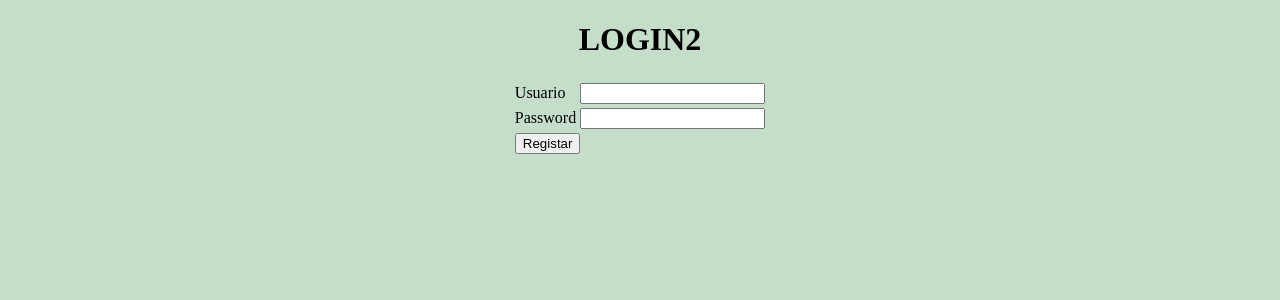
Repository: DaviOsx/LPII_CL2_CHERO_DAVIS
Page: http://localhost/LPII_CL2_CHERO_DAVIS/
An editor plug-in stored every save of this project. The page is shown before and after the next save, followed by the edit.
The browser window is 1280 px wide. The pictures show the whole page.
The page is served by Tomcat 9.

Above is the page before, as saved 2024-06-21 03:48:43.

After the next save:
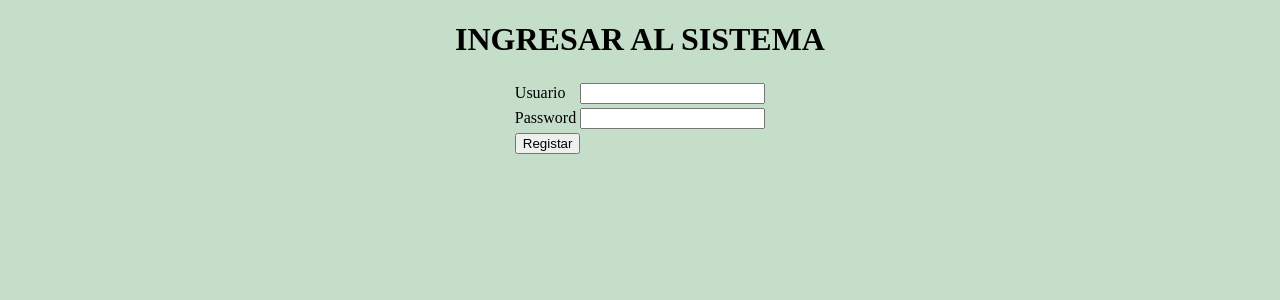
Saved 16 s later.
--- a/LPII_CL2_CHERO_DAVIS/src/main/webapp/index.jsp
+++ b/LPII_CL2_CHERO_DAVIS/src/main/webapp/index.jsp
@@ -9,7 +9,7 @@
 <body bgcolor="#c5dec9" >
 
 <h1  align="center" >
-LOGIN2
+INGRESAR AL SISTEMA
 </h1>
 
 <%-- CREAR FORMULARIO --%>
